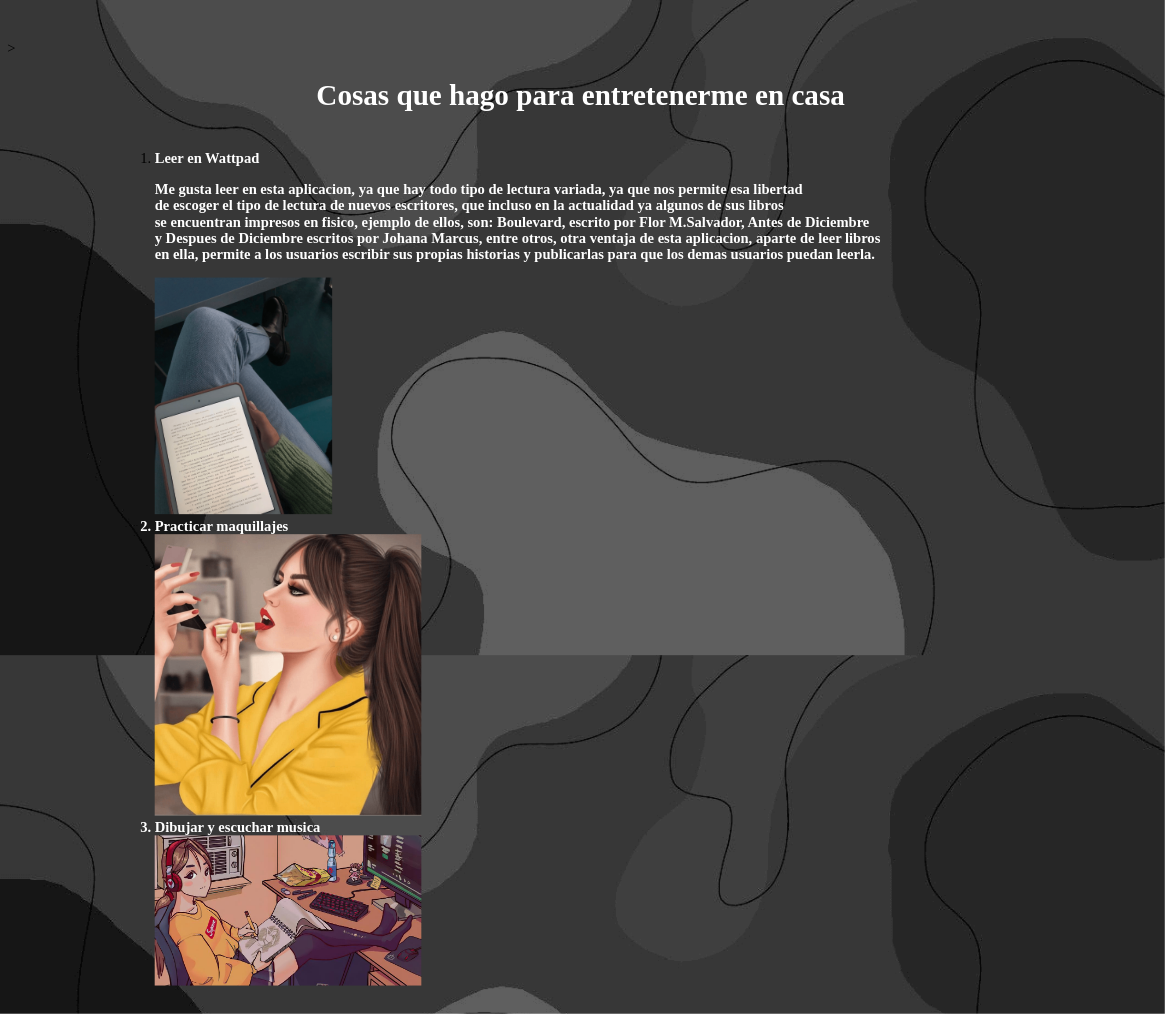
Repository: darlyn-saravia27/portafolio-darlynsaravia
Page: archivoshtml/entretenimiento.html
These files come from the project's save history. The page is drawn as it stood at one moment and after the next save; the edit follows.
The browser window is 1280 px wide. The pictures show the whole page, at 91% of full size.

Above is the page before, as saved 2023-03-05 03:52:28.

### archivoshtml/entretenimiento.html
<!DOCTYPE html>
<html lang="en">
<head>
    <meta charset="UTF-8">
    <meta http-equiv="X-UA-Compatible" content="IE=edge">
    <meta name="viewport" content="width=device-width, initial-scale=1.0">
    <title>Entretenimiento</title>
</head>
<body background="fondo.png">
    <table align="center">
        <tr>
            <td align="center" colspan="4"><h1><font color="white">Cosas que hago para entretenerme en casa
            </font></h1></td>
            <br>
            <br>
            <td></td>
        </tr>>
        <tr>
            <td>
                <ol type="1"><li><font color="white"><strong>Leer en Wattpad</li>
                    <p><font color="white">Me gusta leer en esta aplicacion, ya que hay todo tipo de lectura variada, ya que nos permite esa libertad<br>
                    de escoger el tipo de lectura de nuevos escritores, que incluso en la actualidad ya algunos de sus libros<br>
                    se encuentran impresos en fisico, ejemplo de ellos, son: Boulevard, escrito por Flor M.Salvador, Antes de Diciembre<br>
                    y Despues de Diciembre escritos por Johana Marcus, entre otros, otra ventaja de esta aplicacion, aparte de leer libros<br>
                    en ella, permite a los usuarios escribir sus propias historias y publicarlas para que los demas usuarios puedan leerla.</p>
                    <img src="Book.png" width="20%" height="20%">
                <li type="1">Practicar maquillajes</li>
                    <img src="art.png" width="30%" height="30%">
                <li type="1">Dibujar y escuchar musica</li>
                    <img src="dibujo.png" width="30%" height="30%">
                </ol>
            </td>

</body>
</html>

After the next save:
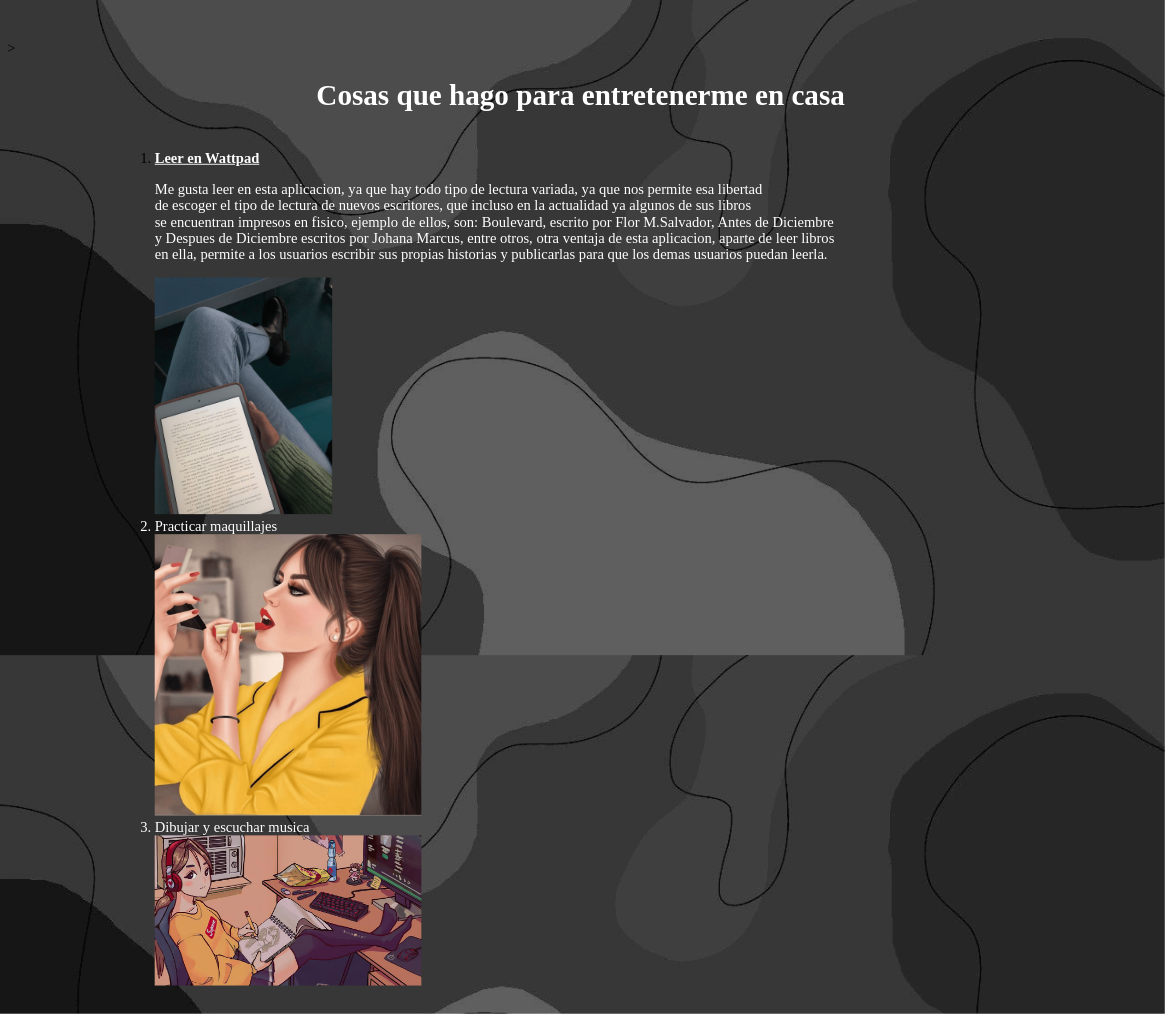
Saved 75 s later.
--- a/archivoshtml/entretenimiento.html
+++ b/archivoshtml/entretenimiento.html
@@ -17,7 +17,7 @@
         </tr>>
         <tr>
             <td>
-                <ol type="1"><li><font color="white"><strong>Leer en Wattpad</li>
+                <ol type="1"><li><font color="white"><strong><u>Leer en Wattpad</strong></font></u></li>
                     <p><font color="white">Me gusta leer en esta aplicacion, ya que hay todo tipo de lectura variada, ya que nos permite esa libertad<br>
                     de escoger el tipo de lectura de nuevos escritores, que incluso en la actualidad ya algunos de sus libros<br>
                     se encuentran impresos en fisico, ejemplo de ellos, son: Boulevard, escrito por Flor M.Salvador, Antes de Diciembre<br>
